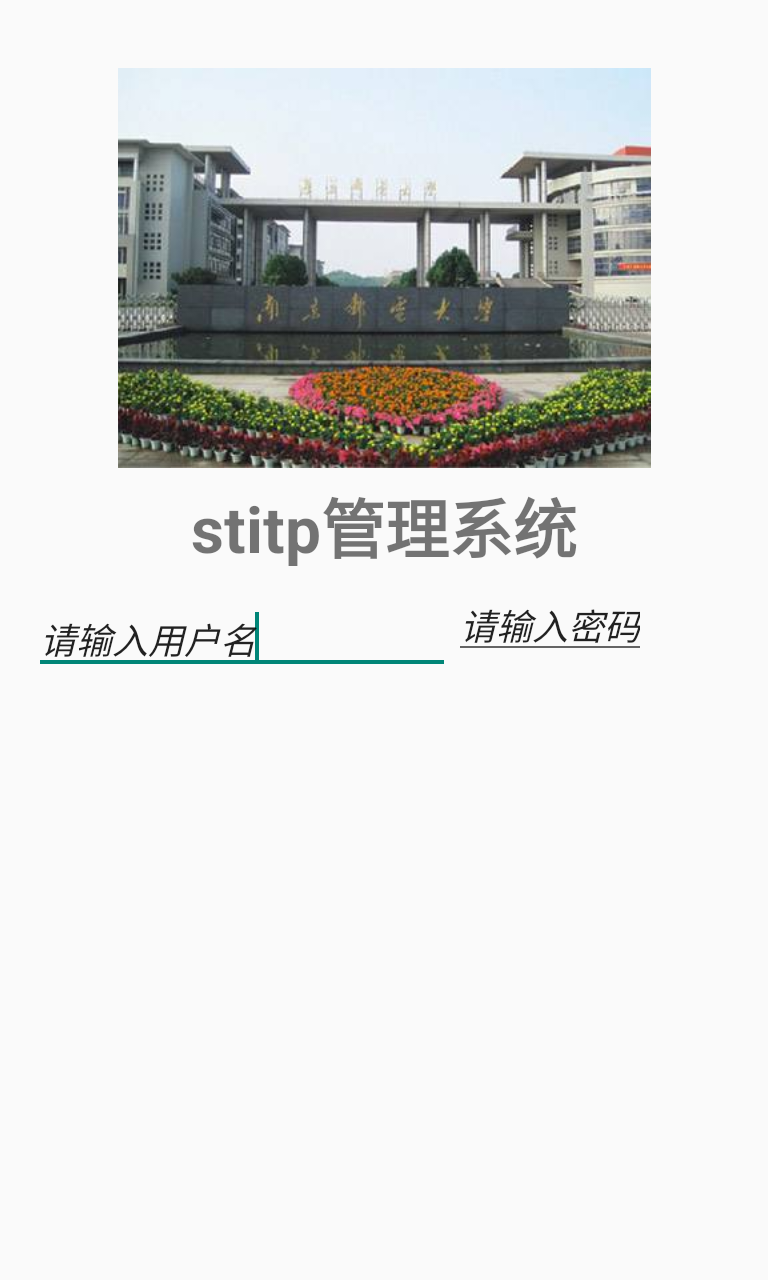
Repository: weizhaopeng/zhou_stitp
Layout: workspace/zhou/res/layout/fragment_main.xml
The author's editor kept a copy of each file at every save. The layout is drawn from the files as they stood at one save, then again after the next save.
It is drawn on a 768 x 1280 px phone screen (xhdpi) without system bars, with theme AppTheme; the app's code is not run.

Above is the layout before, as saved 2018-11-28 03:19:26.

### workspace/zhou/res/layout/fragment_main.xml
<RelativeLayout xmlns:android="http://schemas.android.com/apk/res/android"
    xmlns:tools="http://schemas.android.com/tools"
    android:layout_width="match_parent"
    android:layout_height="match_parent"
    android:paddingBottom="@dimen/activity_vertical_margin"
    android:paddingLeft="@dimen/activity_horizontal_margin"
    android:paddingRight="@dimen/activity_horizontal_margin"
    android:paddingTop="@dimen/activity_vertical_margin"
    tools:context="com.example.zhou.MainActivity$PlaceholderFragment" >

    <LinearLayout
        android:id="@+id/linearLayout1"
        android:layout_width="match_parent"
        android:layout_height="wrap_content"
        android:layout_alignParentTop="true"
        android:layout_centerHorizontal="true"
        android:layout_marginTop="18dp"
        android:orientation="vertical" >

        <ImageView
            android:id="@+id/main_njupt"
            android:layout_width="match_parent"
            android:layout_height="wrap_content"
            android:contentDescription="主界面中的南邮图片"
            android:src="@drawable/njupt" />

        <TextView
            android:id="@+id/main_title"
            android:layout_width="wrap_content"
            android:layout_height="wrap_content"
            android:layout_gravity="center"
            android:layout_marginTop="5dp"
            android:text="@string/main_title"
            android:textSize="32sp"
            android:textStyle="bold" />
    </LinearLayout>

    <LinearLayout
        android:id="@+id/main_input"
        android:layout_width="match_parent"
        android:layout_height="wrap_content"
        android:layout_alignLeft="@+id/linearLayout1"
        android:layout_below="@+id/linearLayout1" >

        <EditText
            android:id="@+id/main_input1"
            android:layout_width="wrap_content"
            android:layout_height="wrap_content"
            android:layout_alignLeft="@+id/main_njupt"
            android:layout_below="@+id/main_title"
            android:layout_marginTop="10dp"
            android:ems="10"
            android:text="@string/main_username"
            android:textStyle="italic" />

            <requestFocus />
        <EditText
            android:id="@+id/main_input2"
            android:layout_width="wrap_content"
            android:layout_height="wrap_content"
            android:layout_below="@+id/main_input1"
            android:layout_marginTop="3dp"

            android:text="@string/main_passwd"
            android:textStyle="italic"/>

    </LinearLayout>

</RelativeLayout>

### workspace/zhou/res/values/strings.xml
<?xml version="1.0" encoding="utf-8"?>
<resources>

    <string name="app_name">zhou</string>
    <string name="main_title">stitp管理系统</string>
    <string name="action_settings">Settings</string>
	<string name="main_username">请输入用户名</string>
	<string name="main_passwd">请输入密码</string>
</resources>

Loaded but not shown: workspace/zhou/res/values/styles.xml (common file); workspace/zhou/res/values-v11/styles.xml (common file); workspace/zhou/res/values-v14/styles.xml (common file); workspace/zhou/res/values/dimens.xml (common file); workspace/zhou/res/values-w820dp/dimens.xml (common file)

After the next save:
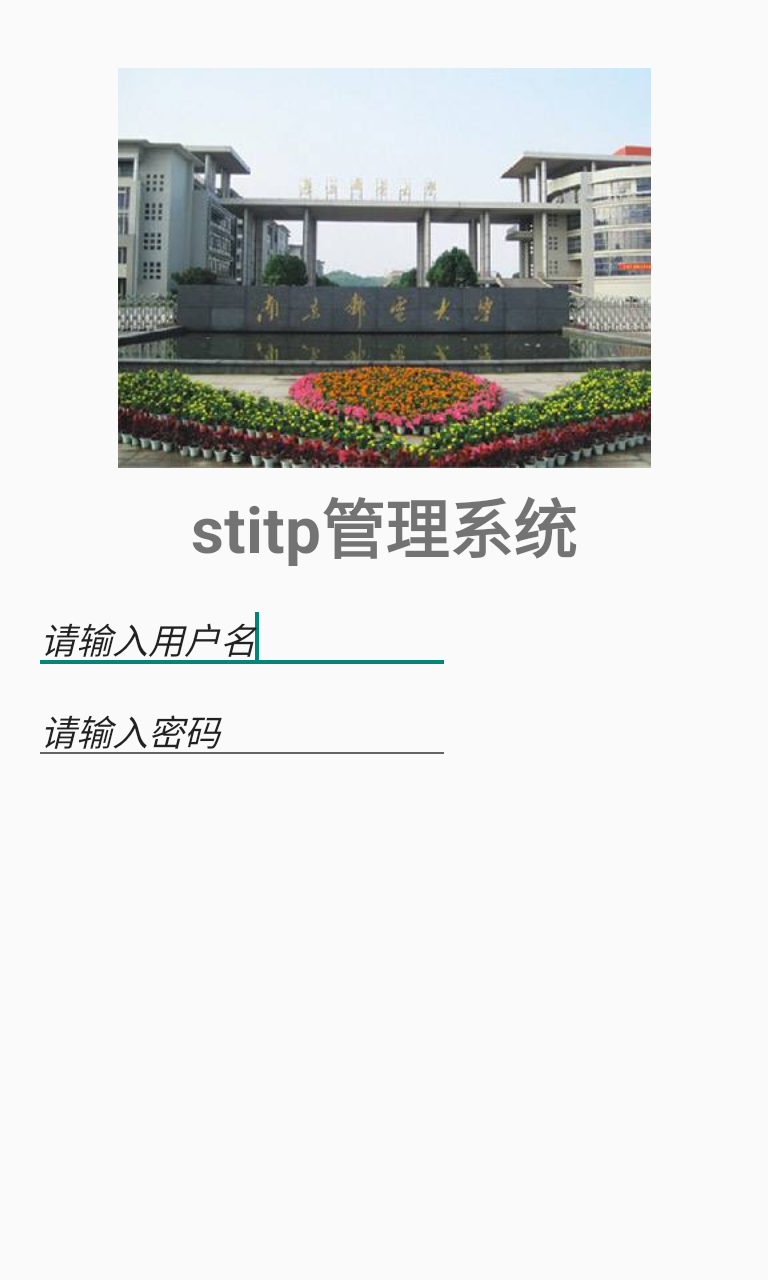
Saved 107 s later.
--- a/workspace/zhou/res/layout/fragment_main.xml
+++ b/workspace/zhou/res/layout/fragment_main.xml
@@ -40,7 +40,8 @@
         android:layout_width="match_parent"
         android:layout_height="wrap_content"
         android:layout_alignLeft="@+id/linearLayout1"
-        android:layout_below="@+id/linearLayout1" >
+        android:layout_below="@+id/linearLayout1"
+        android:orientation="vertical">
 
         <EditText
             android:id="@+id/main_input1"
@@ -58,6 +59,7 @@
             android:id="@+id/main_input2"
             android:layout_width="wrap_content"
             android:layout_height="wrap_content"
+            android:ems="10"
             android:layout_below="@+id/main_input1"
             android:layout_marginTop="3dp"
 
